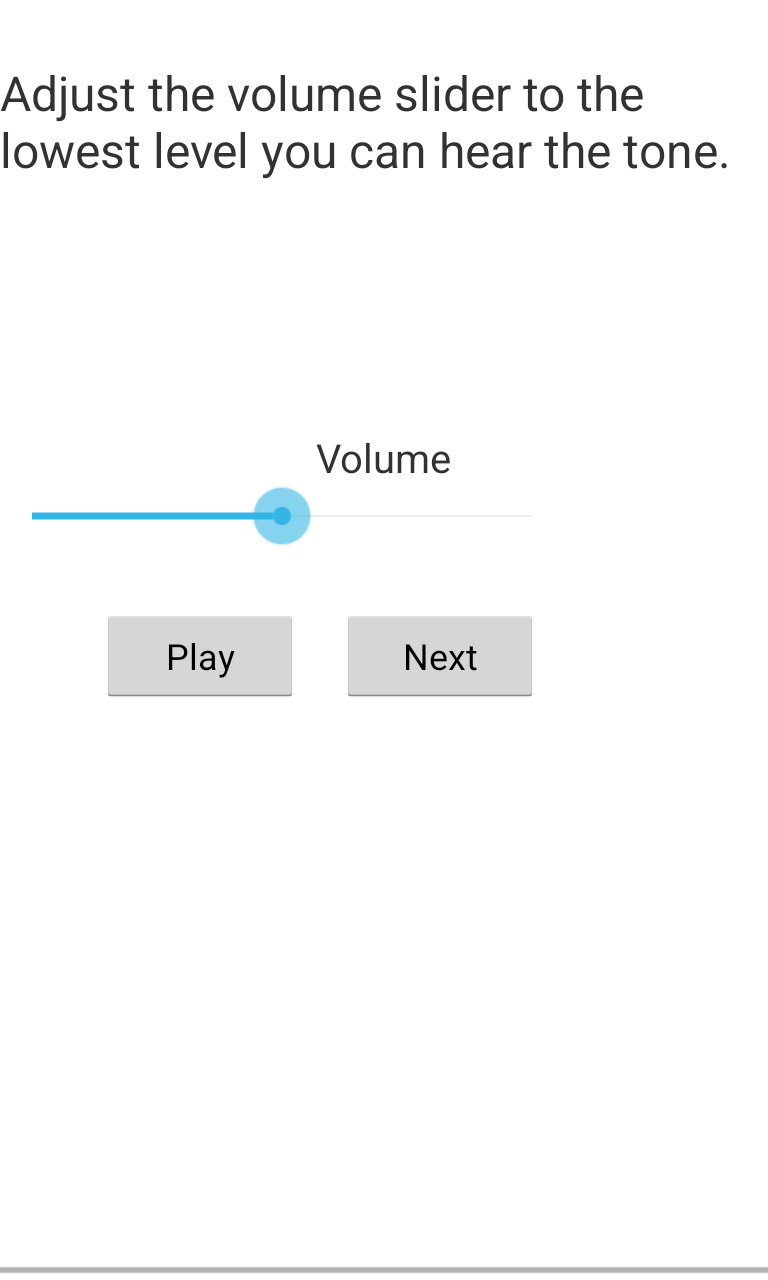
Repository: jmd33/capstone
Layout: Hearing Test/res/layout/hearing_test.xml
An editor plug-in stored every save of this project. The layout is shown before and after the next save, followed by the edit.
It is drawn on a 768 x 1280 px phone screen (xhdpi) without system bars, with theme ThemeLight; the app's code is not run.

Above is the layout before, as saved 2013-05-30 23:19:43.

After the next save:
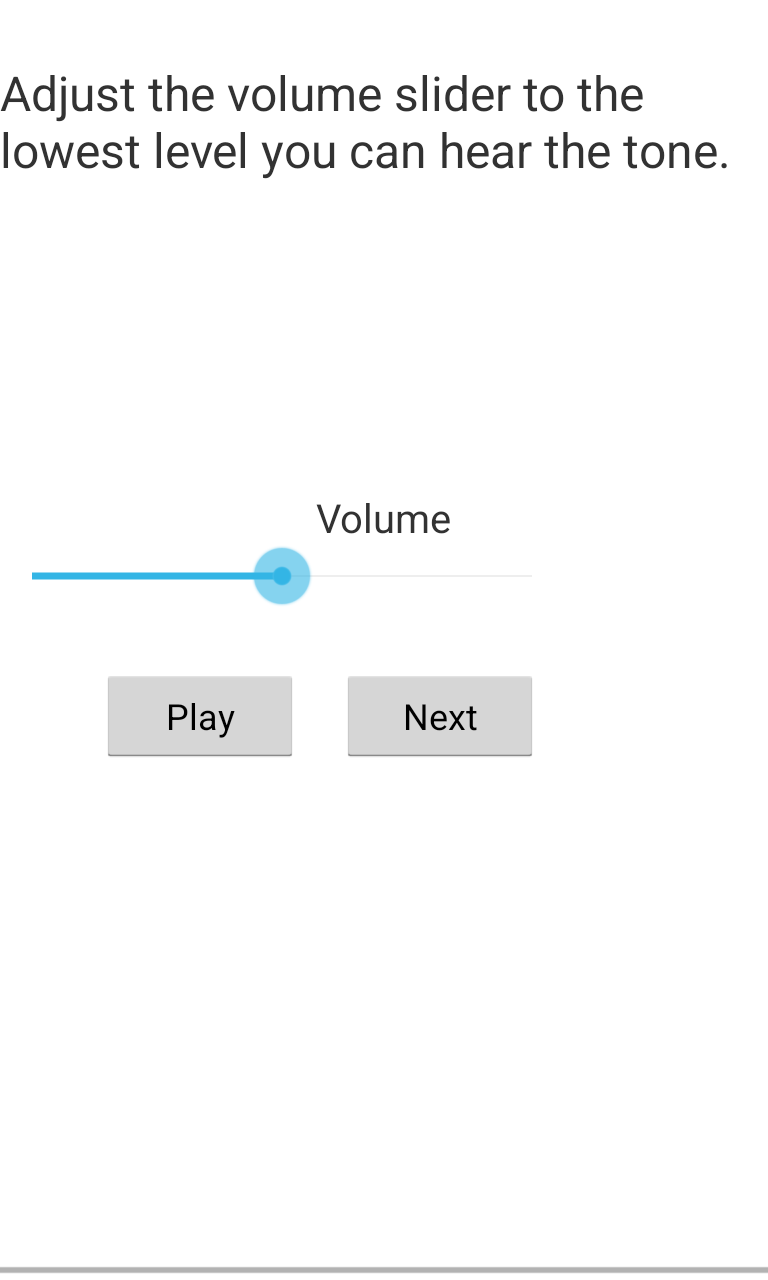
Saved 112 min 31 s later.
--- a/Hearing Test/res/layout/hearing_test.xml
+++ b/Hearing Test/res/layout/hearing_test.xml
@@ -25,6 +25,14 @@
 
     <TextView
         android:id="@+id/frequency"
+        android:layout_width="fill_parent"
+        android:layout_height="wrap_content"
+        android:height="30dp"
+        android:textSize="20dp"
+        android:width="40dp" />
+
+     <TextView
+        android:id="@+id/ear"
         android:layout_width="fill_parent"
         android:layout_height="wrap_content"
         android:height="30dp"
